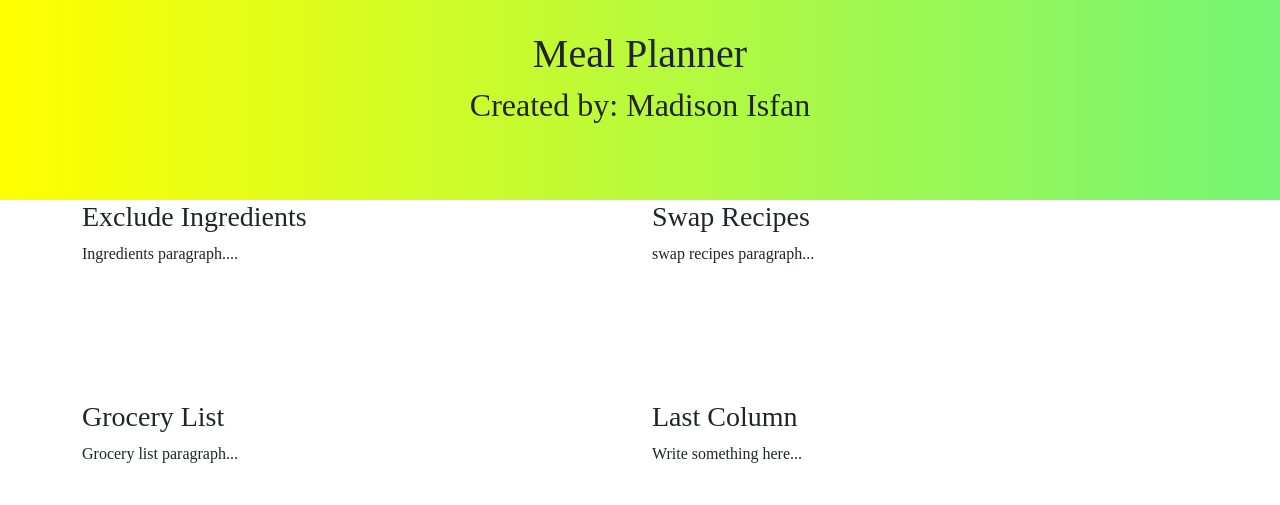
Repository: madisonisfan/Meal-Planner
Page: index.html
An editor plug-in stored every save of this project. The page is shown before and after the next save, followed by the edit.
The browser window is 1280 px wide. The pictures show the whole page.
Some web fonts or font styles are not loaded; a fallback is used. Some web libraries are served in a nearby version.

Above is the page before, as saved 2021-02-17 16:32:03.

After the next save:
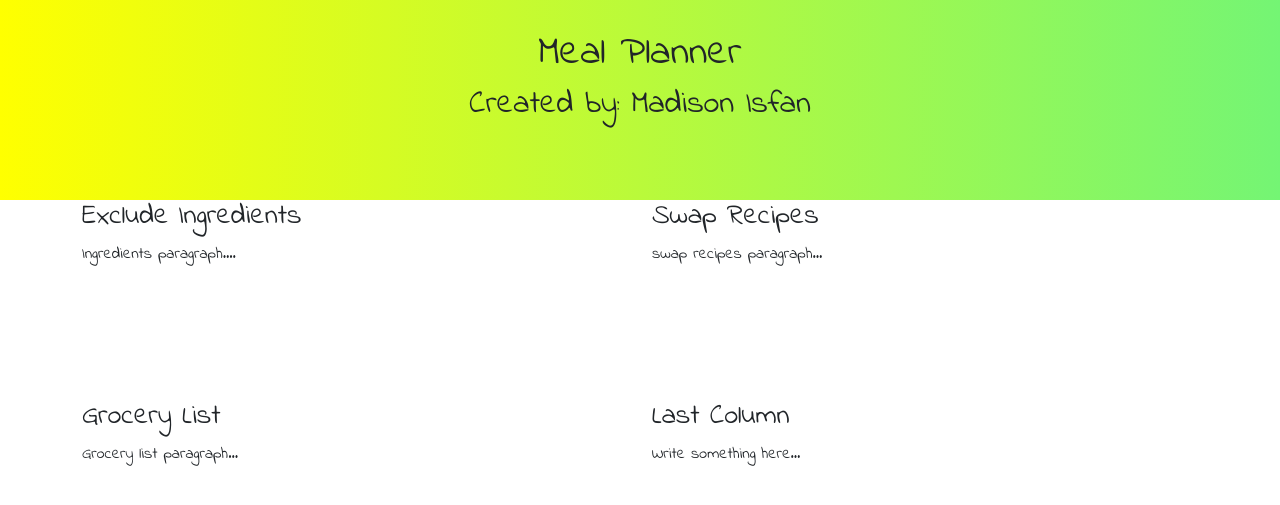
Saved 104 s later.
--- a/index.html
+++ b/index.html
@@ -6,7 +6,7 @@
 
     <link rel="stylesheet" href="node_modules/bootstrap/dist/css/bootstrap.min.css" />
 
-    <link rel="stylesheet" href="https://font.googleapis.com/css?family=Indie+Flower"/>
+    <link rel="stylesheet" href="https://fonts.googleapis.com/css?family=Indie+Flower" />
     <link rel="stylesheet" href="css/styles.css"/>
     <title> Meal Planner </title>
 </head>

After the save that followed:
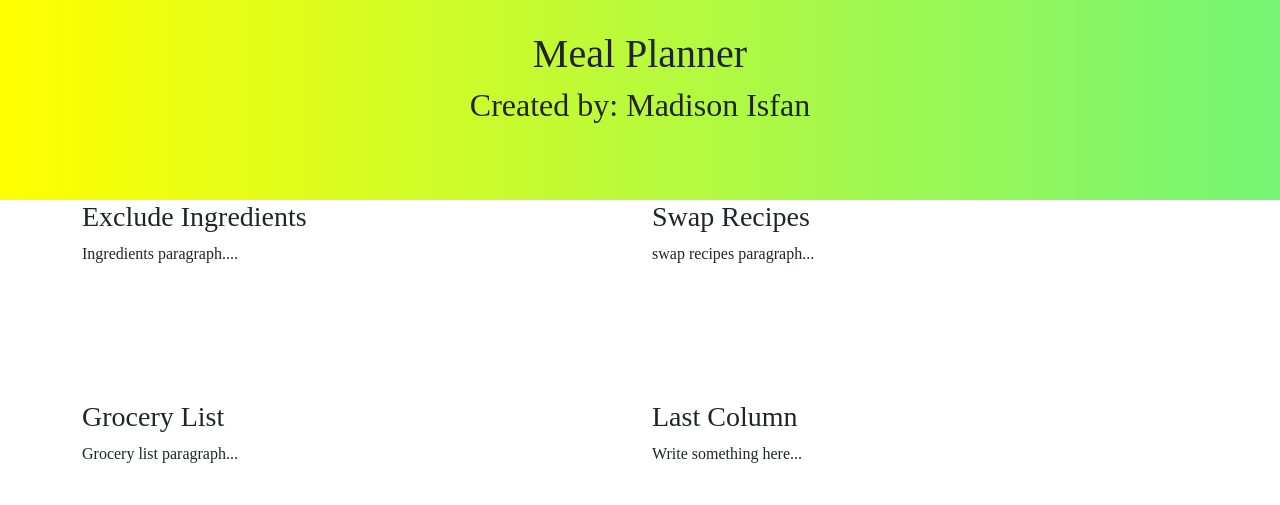
Saved 102 s later.
--- a/index.html
+++ b/index.html
@@ -6,7 +6,7 @@
 
     <link rel="stylesheet" href="node_modules/bootstrap/dist/css/bootstrap.min.css" />
 
-    <link rel="stylesheet" href="https://fonts.googleapis.com/css?family=Indie+Flower" />
+    <link rel="stylesheet" href="https://fonts.googleapis.com/css?family=Indie+Flower/Patrick+Hand" />
     <link rel="stylesheet" href="css/styles.css"/>
     <title> Meal Planner </title>
 </head>
